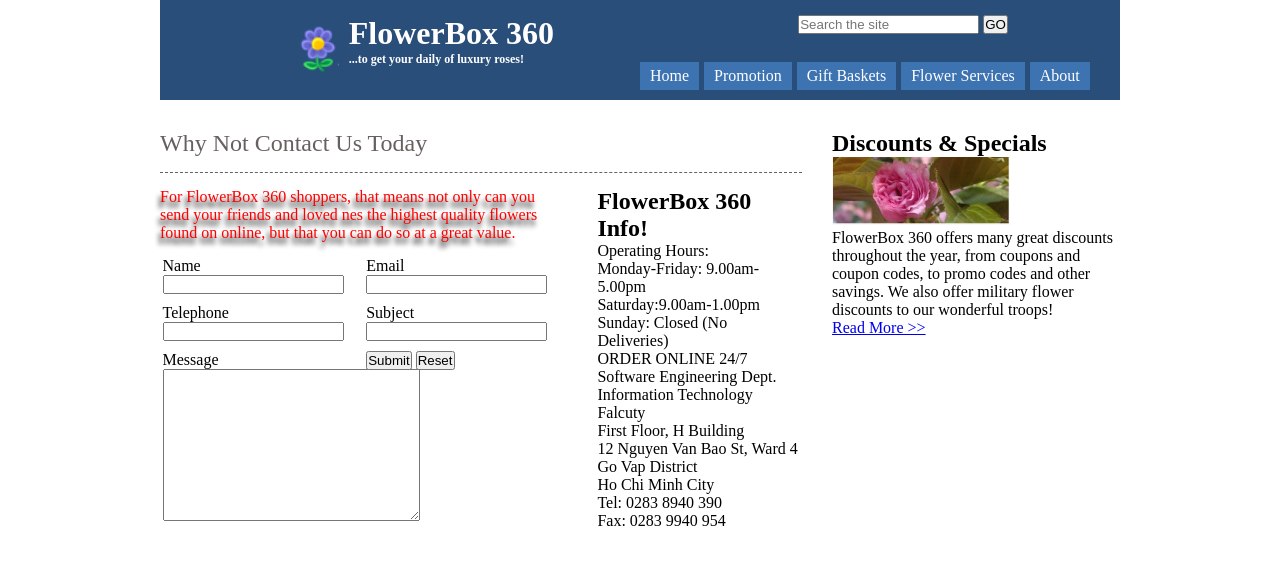
Repository: hoangnguyen1903/STT_21084321_NguyenHuyHoang_DHKHMT17B_Tuan4_DeThamKhao3
Page: html/demo.html
An editor plug-in stored every save of this project. The page is shown before and after the next save, followed by the edit.
The browser window is 1280 px wide. The pictures show the whole page.

Above is the page before, as saved 2023-03-09 14:57:58.

### html/demo.html
<!DOCTYPE html>
<html lang="en">
  <head>
    <meta charset="UTF-8" />
    <meta http-equiv="X-UA-Compatible" content="IE=edge" />
    <meta name="viewport" content="width=device-width, initial-scale=1.0" />
    <title>Demo 3</title>
    <style>
      * {
        padding: 0;
        box-sizing: border-box;
        margin: 0 auto;
      }

      .wrapper {
        width: 960px;
        height: 100%;
      }

      .header {
        width: 960px;
        height: 100px;
        background-color: #294e79;
        color: #fff;
        display: flex;
        position: relative;
      }

      .header > .header__left {
        display: flex;
        padding: 15px 20px;
      }

      .header > .header__left > img {
        padding-right: 10px;
      }

      .header > .header__left > div > h2 {
        font-size: 12px;
      }

      .header > .header__right {
        padding-top: 15px;
      }

      .header > .header__bottom {
        position: absolute;
        bottom: 10px;
        left: 50%;
        display: flex;
      }

      .header > .header__bottom > li {
        list-style: none;
        margin-right: 5px;
        background-color: #3d73b1;
        padding: 5px 10px;
      }

      .header > .header__bottom > li:hover {
        background-color: #fff;
      }

      .header > .header__bottom > li:hover > a {
        color: #000;
      }

      .header > .header__bottom > li > a {
        text-decoration: none;
        color: white;
      }

      .content {
        width: 960px;
        display: flex;
        margin-top: 30px;
      }

      .content > .content__left {
        width: calc(70% - 30px);
        margin-right: 30px;
      }

      .content > .content__left > .content__left-top {
        color: #685f5f;
        font-weight: 500;
        padding-bottom: 15px;
        border-bottom: 1px dashed #685f5f;
        margin-bottom: 15px;
      }

      .content > .content__left > .content__left-bottom {
        display: flex;
      }

      .content > .content__left > .content__left-bottom > .content__left-form {
        width: calc(70% - 30px);
        margin-right: 30px;
      }

      .content
        > .content__left
        > .content__left-bottom
        > .content__left-form
        > p {
        color: red;
        text-shadow: -2px 6px 5px #000;
        margin-bottom: 15px;
      }

      .content
        > .content__left
        > .content__left-bottom
        > .content__left-form
        > form {
        display: flex;
        flex-wrap: wrap;
      }

      .content
        > .content__left
        > .content__left-bottom
        > .content__left-form
        > form
        > div {
        width: calc(50% - 5px);
        margin-bottom: 10px;
      }

      .content > .content__right {
        width: 30%;
      }
    </style>
  </head>
  <body>
    <div class="wrapper">
      <div class="header">
        <div class="header__left">
          <img src="../img/AnhLogo.PNG" alt="Logo" class="logo" />
          <div>
            <h1>FlowerBox 360</h1>
            <h2>...to get your daily of luxury roses!</h2>
          </div>
        </div>
        <ul class="header__bottom">
          <li><a href="#">Home</a></li>
          <li><a href="#">Promotion</a></li>
          <li><a href="#">Gift Baskets</a></li>
          <li><a href="#">Flower Services</a></li>
          <li><a href="#">About</a></li>
        </ul>
        <div class="header__right">
          <input
            type="text"
            name="txt"
            id="txt"
            placeholder="Search the site"
          />
          <input type="button" value="GO" />
        </div>
      </div>
      <div class="content">
        <div class="content__left">
          <h2 class="content__left-top">Why Not Contact Us Today</h2>
          <div class="content__left-bottom">
            <div class="content__left-form">
              <p>
                For FlowerBox 360 shoppers, that means not only can you send
                your friends and loved nes the highest quality flowers found on
                online, but that you can do so at a great value.
              </p>
              <form action="">
                <div>
                  <label for="name">Name</label>
                  <input type="text" name="name" id="name" />
                </div>
                <div>
                  <label for="email">Email</label>
                  <input type="email" name="email" id="email" />
                </div>
                <div>
                  <label for="telephone">Telephone</label>
                  <input type="number" name="telephone" id="telephone" />
                </div>
                <div>
                  <label for="subject">Subject</label>
                  <input type="text" name="subject" id="subject" />
                </div>
                <div>
                  <label for="message">Message</label>
                  <textarea
                    name="message"
                    id="message"
                    cols="30"
                    rows="10"
                  ></textarea>
                </div>
                <div>
                  <input type="submit" value="Submit" />
                  <input type="reset" value="Reset" />
                </div>
              </form>
            </div>
            <div class="content__left-info">
              <h2 class="content__left-heading">FlowerBox 360 Info!</h2>
              <div>
                <p>Operating Hours:</p>
                <p>Monday-Friday: 9.00am-5.00pm</p>
                <p>Saturday:9.00am-1.00pm</p>
                <p>Sunday: Closed (No Deliveries)</p>
                <p>ORDER ONLINE 24/7</p>
              </div>
              <div>
                <p>Software Engineering Dept.</p>
                <p>Information Technology Falcuty</p>
                <p>First Floor, H Building</p>
              </div>
              <div>
                <p>12 Nguyen Van Bao St, Ward 4</p>
                <p>Go Vap District</p>
                <p>Ho Chi Minh City</p>
                <p>Tel: 0283 8940 390</p>
                <p>Fax: 0283 9940 954</p>
              </div>
            </div>
          </div>
        </div>
        <div class="content__right">
          <h2 class="content__right-top">Discounts & Specials</h2>
          <div class="content__right-bottom">
            <img src="../img/flower.PNG" alt="Flower" />
            <p>
              FlowerBox 360 offers many great discounts throughout the year,
              from coupons and coupon codes, to promo codes and other savings.
              We also offer military flower discounts to our wonderful troops!
            </p>
            <a href="#">Read More >></a>
          </div>
        </div>
      </div>
      <div class="footer"></div>
    </div>
  </body>
</html>

After the next save:
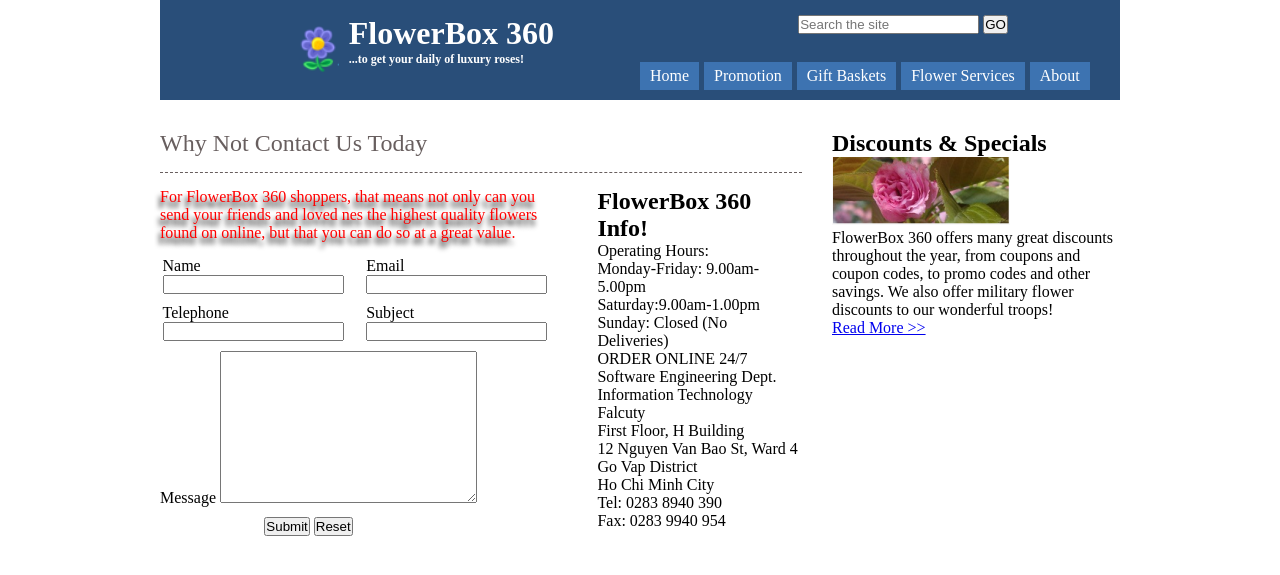
Saved 85 s later.
--- a/html/demo.html
+++ b/html/demo.html
@@ -124,6 +124,16 @@
         > form
         > div {
         width: calc(50% - 5px);
+        margin-bottom: 10px;
+      }
+
+      .content
+        > .content__left
+        > .content__left-bottom
+        > .content__left-form
+        > form
+        > div:nth-child(5) {
+        width: 100%;
         margin-bottom: 10px;
       }
 
